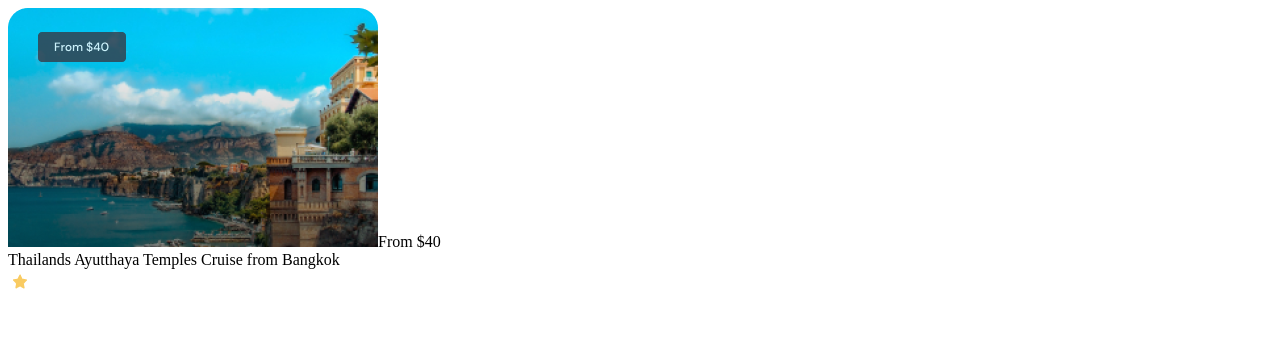
Repository: nguyentuankiet-k61/K_IT-demo
Page: index.html
These files come from the project's save history. The page is drawn as it stood at one moment and after the next save; the edit follows.
The browser window is 1280 px wide. The pictures show the whole page.

Above is the page before, as saved 2022-09-23 16:32:11.

### index.html
<!DOCTYPE html>
<html lang="en">
<head>
    <meta charset="UTF-8">
    <meta http-equiv="X-UA-Compatible" content="IE=edge">
    <meta name="viewport" content="width=device-width, initial-scale=1.0">
    <title>HTML CSS Master</title>
    <link rel="stylesheet" href="./CSS/app.css">
</head>
<body>
 <div class="">
    <div class="Tours">
        <div class="Tours_top">
            <img src="./image/img1.png" alt="this_is_image"/>From $40
        </div>
        <div class="Tours_content">

            <div class="Tours_title">Thailands Ayutthaya Temples
                Cruise from Bangkok</div>

            <div class="Tours_ratting">
                <div class="Tours_review">
                    <div class="Tours_review_count">
                        <img src="./image/img-star.png" alt="tours-ratting"/>
                    </div>
                    <div class="Tours_Duration"></div>
                </div>
            </div>
            <div class="Tours-botton"></div>
        </div>
    </div>
 </div>
</body>
</html>

Loaded but not shown: CSS/app.css (no stored copy; drawn as an empty file)

After the next save:
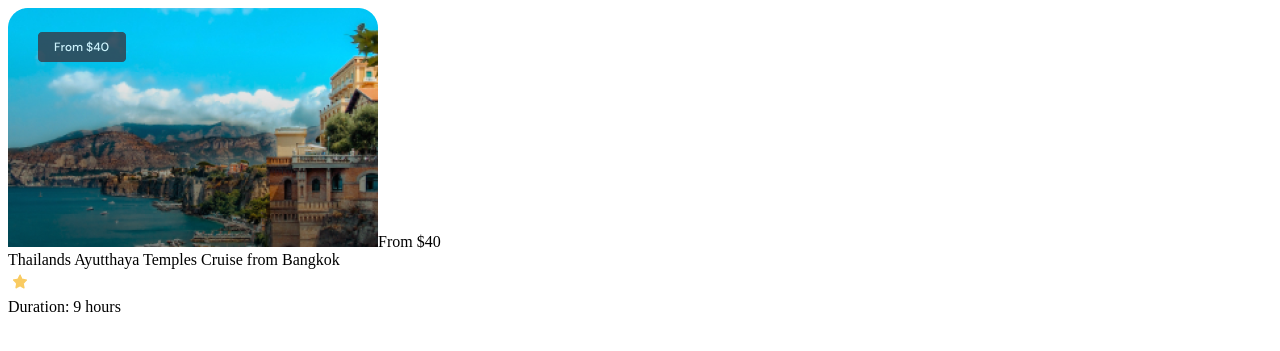
Saved 13 s later.
--- a/index.html
+++ b/index.html
@@ -23,7 +23,7 @@
                     <div class="Tours_review_count">
                         <img src="./image/img-star.png" alt="tours-ratting"/>
                     </div>
-                    <div class="Tours_Duration"></div>
+                    <div class="Tours_Duration">Duration: 9 hours</div>
                 </div>
             </div>
             <div class="Tours-botton"></div>
